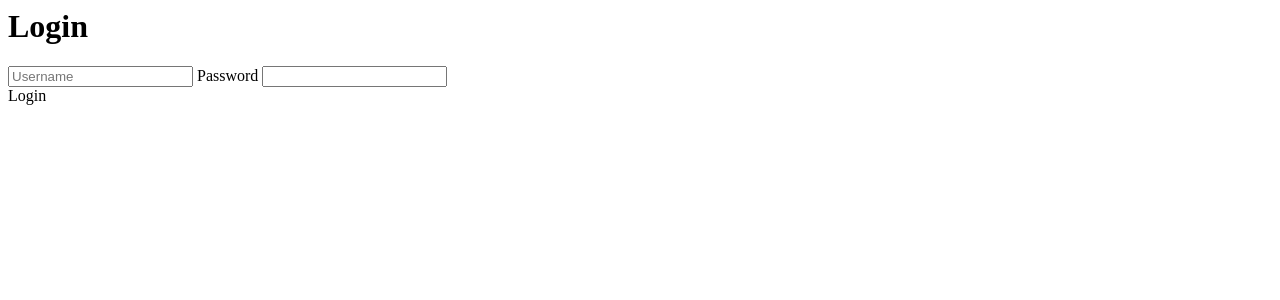
Repository: hoangnguyen92/IonicParseSample
Page: todoApp/www/templates/login.html
The author's editor kept a record of every edit. The page is drawn from the files as they stood at one moment, then again after the next edit.
The browser window is 1280 px wide. The pictures show the whole page.

Above is the page before.

After the next edit:
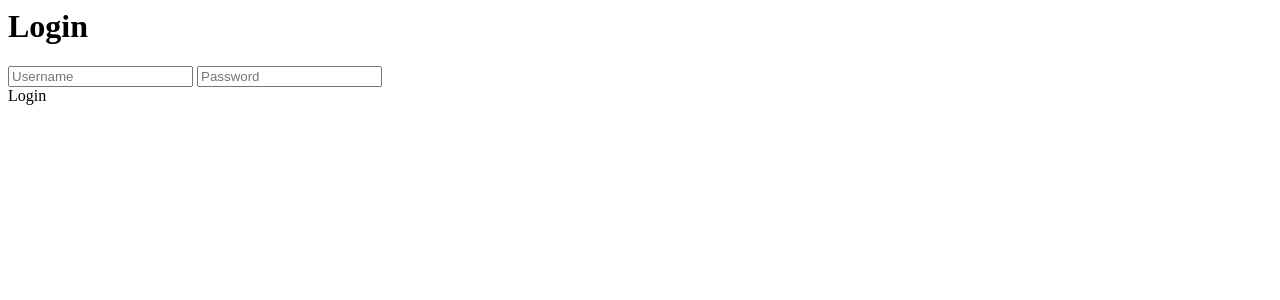
The edit:
--- a/todoApp/www/templates/login.html
+++ b/todoApp/www/templates/login.html
@@ -13,8 +13,7 @@
                     <input type="text" ng-model="user.username" placeholder="Username" />
                 </label>
                 <label class="item item-input">
-                    <span class="input-label">Password</span>
-                    <input type="password" ng-model="user.password">
+                    <input type="password" ng-model="user.password" placeholder="Password">
                 </label>
             </div>
             <ion-button class="button button-block button-positive" ng-click="login(user)">
